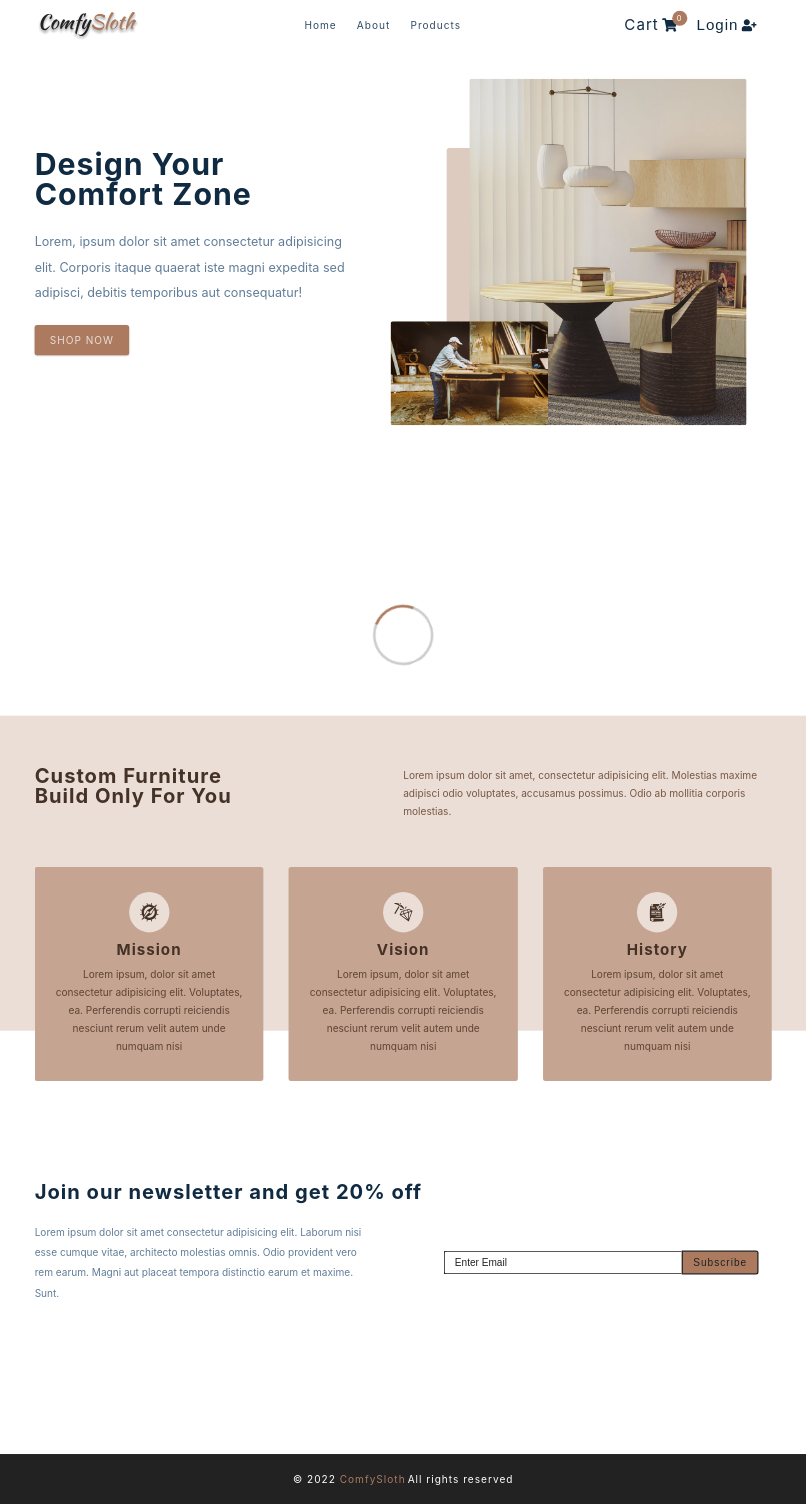
Repository: MateuszWorek/react-comfy-store
Page: /
The author's editor kept a copy of each file at every save. The page is drawn from the files as they stood at one save, then again after the next save.
The browser window is 1280 px wide. The pictures show the whole page, at 63% of full size.
The page's requests for data from a server got no answer. The project was rebuilt for these pictures with package versions that can differ from the ones it lists, and the page was loaded fresh each time. A package was used in the major version that the imports need, not the one package.json lists. No one was signed in, and anything a server would have sent is missing. Also part of the build but not shown: src/components/Error.js, src/utils/helpers.js, src/components/Product.js, src/components/ProductImages.js, src/components/AddToCart.js, src/components/Filters.js, src/components/GridView.js, src/components/ListView.js and 16 more. Imported but missing from the stored project, and not drawn on this page: src/components/AmountButtons.

Above is the page before, as saved 2022-07-23 13:35:54.

### src/index.js
import React from 'react';
import ReactDOM from 'react-dom';
import './index.css';
import App from './App';
import { ProductsProvider } from './context/products_context';
import { FilterProvider } from './context/filter_context';
import { CartProvider } from './context/cart_context';
import { UserProvider } from './context/user_context';
import { Auth0Provider } from '@auth0/auth0-react';
// dev--kljksrb.us.auth0.com
// XAgCo1dWFyA5JmcR2my5pJcYd6eAxILn

ReactDOM.render(
  <Auth0Provider
    domain='dev--kljksrb.us.auth0.com'
    clientId='XAgCo1dWFyA5JmcR2my5pJcYd6eAxILn'
    redirectUri={window.location.origin}
    cacheLocation='localstorage'
  >
    <UserProvider>
      <ProductsProvider>
        <FilterProvider>
          <CartProvider>
            <App />
          </CartProvider>
        </FilterProvider>
      </ProductsProvider>
    </UserProvider>
  </Auth0Provider>,
  document.getElementById('root')
);

### src/App.js
import React from 'react';
import { BrowserRouter as Router, Switch, Route } from 'react-router-dom';
import { Navbar, Sidebar, Footer } from './components';
import {
  Home,
  SingleProduct,
  Cart,
  Checkout,
  Error,
  About,
  Products,
  PrivateRoute,
} from './pages';

function App() {
  return (
    <Router>
      <Navbar />
      <Sidebar />
      <Switch>
        <Route exact path='/'>
          <Home />
        </Route>
        <Route exact path='/about'>
          <About />
        </Route>
        <Route exact path='/cart'>
          <Cart />
        </Route>
        <Route exact path='/products'>
          <Products />
        </Route>
        <Route exact path='/products/:id' children={<SingleProduct />} />
        <Route exact path='/checkout'>
          <Checkout />
        </Route>
        <Route exact path='*'>
          <Error />
        </Route>
      </Switch>
      <Footer />
    </Router>
  );
}

export default App;

### src/context/products_context.js
import axios from 'axios';
import React, { useContext, useEffect, useReducer } from 'react';
import reducer from '../reducers/products_reducer';
import { products_url as url } from '../utils/constants';
import {
  SIDEBAR_OPEN,
  SIDEBAR_CLOSE,
  GET_PRODUCTS_BEGIN,
  GET_PRODUCTS_SUCCESS,
  GET_PRODUCTS_ERROR,
  GET_SINGLE_PRODUCT_BEGIN,
  GET_SINGLE_PRODUCT_SUCCESS,
  GET_SINGLE_PRODUCT_ERROR,
} from '../actions';

const initialState = {
  isSidebarOpen: false,
  products_loading: false,
  products_error: false,
  products: [],
  featured_products: [],
  single_product_loading: false,
  single_product_error: false,
  single_product: {},
};

const ProductsContext = React.createContext();

export const ProductsProvider = ({ children }) => {
  const [state, dispatch] = useReducer(reducer, initialState);
  const openSidebar = () => {
    dispatch({ type: SIDEBAR_OPEN });
  };
  const closeSidebar = () => {
    dispatch({ type: SIDEBAR_CLOSE });
  };

  const fetchProducts = async (url) => {
    dispatch({ type: GET_PRODUCTS_BEGIN });
    try {
      const response = await axios.get(url);
      const products = await response.data;
      dispatch({ type: GET_PRODUCTS_SUCCESS, payload: products });
    } catch (error) {
      dispatch({ type: GET_PRODUCTS_ERROR });
      console.log(error);
    }
  };

  const fetchSingleProduct = async (url) => {
    dispatch({ type: GET_SINGLE_PRODUCT_BEGIN });
    try {
      const response = await axios.get(url);
      const singleProduct = response.data;
      dispatch({ type: GET_SINGLE_PRODUCT_SUCCESS, payload: singleProduct });
    } catch (error) {
      dispatch({ type: GET_SINGLE_PRODUCT_ERROR });
    }
  };

  useEffect(() => {
    fetchProducts(url);
  }, []);

  return (
    <ProductsContext.Provider
      value={{ ...state, openSidebar, closeSidebar, fetchSingleProduct }}
    >
      {children}
    </ProductsContext.Provider>
  );
};

export const useProductsContext = () => {
  return useContext(ProductsContext);
};

### src/context/cart_context.js
import React, { useEffect, useContext, useReducer } from 'react';
import reducer from '../reducers/cart_reducer';
import {
  ADD_TO_CART,
  REMOVE_CART_ITEM,
  TOGGLE_CART_ITEM_AMOUNT,
  CLEAR_CART,
  COUNT_CART_TOTALS,
} from '../actions';

const getLocalStorage = () => {
  let cart = localStorage.getItem('cart');
  if (cart) {
    return JSON.parse(localStorage.getItem('cart'));
  } else {
    return [];
  }
};

const initialState = {
  cart: getLocalStorage(),
  total_items: 0,
  total_amount: 0,
  shipping_fee: 534,
};

const CartContext = React.createContext();

export const CartProvider = ({ children }) => {
  const [state, dispatch] = useReducer(reducer, initialState);
  // add to cart
  const addToCart = (id, color, amount, product) => {
    dispatch({ type: ADD_TO_CART, payload: { id, color, amount, product } });
  };
  // remove item
  const removeItem = (id) => {
    dispatch({ type: REMOVE_CART_ITEM, payload: id });
  };
  // toggle amount
  const toggleAmount = (id, value) => {
    console.log(id, value);
    dispatch({ type: TOGGLE_CART_ITEM_AMOUNT, payload: { id, value } });
  };
  // clear cart
  const clearCart = () => {
    dispatch({ type: CLEAR_CART });
  };

  useEffect(() => {
    dispatch({ type: COUNT_CART_TOTALS });
    localStorage.setItem('cart', JSON.stringify(state.cart));
  }, [state.cart]);

  return (
    <CartContext.Provider
      value={{ ...state, addToCart, removeItem, toggleAmount, clearCart }}
    >
      {children}
    </CartContext.Provider>
  );
};

// make sure use
export const useCartContext = () => {
  return useContext(CartContext);
};

### src/context/user_context.js
import React, { useContext, useEffect, useState } from 'react';
import { useAuth0 } from '@auth0/auth0-react';

const UserContext = React.createContext();

export const UserProvider = ({ children }) => {
  const { isAuthenticated, loginWithRedirect, logout, user, isLoading } =
    useAuth0();
  const [myUser, setMyUser] = useState(null);

  useEffect(() => {
    console.log(`user: ${user}`);
    console.log(`isAuthenticated: ${isAuthenticated}`);
    console.log(`isLoading: ${isLoading}`);
  }, [isAuthenticated]);

  return (
    <UserContext.Provider value={{ loginWithRedirect, logout, myUser }}>
      {children}
    </UserContext.Provider>
  );
};
// make sure use
export const useUserContext = () => {
  return useContext(UserContext);
};

### src/components/index.js
import FeaturedProducts from './FeaturedProducts'
import Navbar from './Navbar'
import CartButtons from './CartButtons'
import Footer from './Footer'
import Sidebar from './Sidebar'
import Hero from './Hero'
import Services from './Services'
import Contact from './Contact'
import Loading from './Loading'
import Error from './Error'
import ProductImages from './ProductImages'
import AddToCart from './AddToCart'
import Filters from './Filters'
import ProductList from './ProductList'
import Sort from './Sort'
import Stars from './Stars'
import CartContent from './CarContent'
import PageHero from './PageHero'
import StripeCheckout from './StripeCheckout'
export {
  FeaturedProducts,
  Navbar,
  CartButtons,
  Footer,
  Sidebar,
  Hero,
  Services,
  Contact,
  Loading,
  Error,
  ProductImages,
  AddToCart,
  Filters,
  ProductList,
  Sort,
  Stars,
  CartContent,
  PageHero,
  StripeCheckout,
}

### src/pages/index.js
import Home from './HomePage';
import Products from './ProductsPage';
import SingleProduct from './SingleProductPage';
import About from './AboutPage';
import Cart from './CartPage';
import Error from './ErrorPage';
import Checkout from './CheckoutPage';
import PrivateRoute from './PrivateRoute';

export {
  Home,
  Products,
  SingleProduct,
  About,
  Cart,
  Error,
  Checkout,
  PrivateRoute,
};

### src/reducers/products_reducer.js
import {
  SIDEBAR_OPEN,
  SIDEBAR_CLOSE,
  GET_PRODUCTS_BEGIN,
  GET_PRODUCTS_SUCCESS,
  GET_PRODUCTS_ERROR,
  GET_SINGLE_PRODUCT_BEGIN,
  GET_SINGLE_PRODUCT_SUCCESS,
  GET_SINGLE_PRODUCT_ERROR,
} from '../actions';

const products_reducer = (state, action) => {
  /* SIDEBAR */
  if (action.type === SIDEBAR_OPEN) {
    // console.log(state);
    return { ...state, isSidebarOpen: true };
  }
  if (action.type === SIDEBAR_CLOSE) {
    // console.log(state);
    return { ...state, isSidebarOpen: false };
  }

  /* PRODUCTS */
  if (action.type === GET_PRODUCTS_BEGIN) {
    return { ...state, products_loading: true };
  }
  if (action.type === GET_PRODUCTS_SUCCESS) {
    const featured_products = action.payload.filter((product) => {
      return product.featured === true;
    });
    return {
      ...state,
      products_loading: false,
      products: action.payload,
      featured_products: featured_products,
    };
  }
  if (action.type === GET_PRODUCTS_ERROR) {
    return { ...state, products_loading: true, error: true };
  }

  /* SINGLE PRODUCT */
  if (action.type === GET_SINGLE_PRODUCT_BEGIN) {
    return {
      ...state,
      single_product_loading: true,
      single_product_error: false,
    };
  }
  if (action.type === GET_SINGLE_PRODUCT_SUCCESS) {
    return {
      ...state,
      single_product_loading: false,
      single_product: action.payload,
    };
  }
  if (action.type === GET_SINGLE_PRODUCT_ERROR) {
    return {
      ...state,
      single_product_loading: false,
      single_product_error: true,
    };
  }

  // return state;

  throw new Error(`No Matching "${action.type}" - action type`);
};

export default products_reducer;

### src/utils/constants.js
import React from 'react'
import { GiCompass, GiDiamondHard, GiStabbedNote } from 'react-icons/gi'
export const links = [
  {
    id: 1,
    text: 'home',
    url: '/',
  },
  {
    id: 2,
    text: 'about',
    url: '/about',
  },
  {
    id: 3,
    text: 'products',
    url: '/products',
  },
]

export const services = [
  {
    id: 1,
    icon: <GiCompass />,
    title: 'mission',
    text:
      'Lorem ipsum, dolor sit amet consectetur adipisicing elit. Voluptates, ea. Perferendis corrupti reiciendis nesciunt rerum velit autem unde numquam nisi',
  },
  {
    id: 2,
    icon: <GiDiamondHard />,
    title: 'vision',
    text:
      'Lorem ipsum, dolor sit amet consectetur adipisicing elit. Voluptates, ea. Perferendis corrupti reiciendis nesciunt rerum velit autem unde numquam nisi',
  },
  {
    id: 3,
    icon: <GiStabbedNote />,
    title: 'history',
    text:
      'Lorem ipsum, dolor sit amet consectetur adipisicing elit. Voluptates, ea. Perferendis corrupti reiciendis nesciunt rerum velit autem unde numquam nisi',
  },
]

export const products_url = 'https://course-api.com/react-store-products'

export const single_product_url = `https://course-api.com/react-store-single-product?id=`

### src/actions.js
export const SIDEBAR_OPEN = 'SIDEBAR_OPEN'
export const SIDEBAR_CLOSE = 'SIDEBAR_CLOSE'
export const GET_PRODUCTS_BEGIN = 'GET_PRODUCTS_BEGIN'
export const GET_PRODUCTS_SUCCESS = 'GET_PRODUCTS_SUCCESS'
export const GET_PRODUCTS_ERROR = 'GET_PRODUCTS_ERROR'
export const GET_SINGLE_PRODUCT_BEGIN = 'GET_SINGLE_PRODUCT_BEGIN'
export const GET_SINGLE_PRODUCT_SUCCESS = 'GET_SINGLE_PRODUCT_SUCCESS'
export const GET_SINGLE_PRODUCT_ERROR = 'GET_SINGLE_PRODUCT_ERROR'
export const LOAD_PRODUCTS = 'LOAD_PRODUCTS'
export const SET_GRIDVIEW = 'SET_GRIDVIEW'
export const SET_LISTVIEW = 'SET_LISTVIEW'
export const UPDATE_SORT = 'UPDATE_SORT'
export const SORT_PRODUCTS = 'SORT_PRODUCTS'
export const UPDATE_FILTERS = 'UPDATE_FILTERS'
export const FILTER_PRODUCTS = 'FILTER_PRODUCTS'
export const CLEAR_FILTERS = 'CLEAR_FILTERS'
export const ADD_TO_CART = 'ADD_TO_CART'
export const REMOVE_CART_ITEM = 'REMOVE_CART_ITEM'
export const TOGGLE_CART_ITEM_AMOUNT = 'TOGGLE_CART_ITEM_AMOUNT'
export const CLEAR_CART = 'CLEAR_CART'
export const COUNT_CART_TOTALS = 'COUNT_CART_TOTALS'

### src/components/FeaturedProducts.js
import React from 'react';
import { useProductsContext } from '../context/products_context';
import { Link } from 'react-router-dom';
import styled from 'styled-components';
import Error from './Error';
import Loading from './Loading';
import Product from './Product';

const FeaturedProducts = () => {
  const {
    products_loading: loading,
    products_error: error,
    featured_products: featured,
  } = useProductsContext();

  if (loading) {
    return <Loading />;
  }
  if (error) {
    return <Error />;
  }
  return (
    <Wrapper className='section'>
      <div className='title'>
        <h2>featured products</h2>
        <div className='underline'></div>
      </div>
      <div className='section-center featured'>
        {featured.slice(0, 3).map((product) => {
          return <Product key={product.id} {...product} />;
        })}
      </div>
    </Wrapper>
  );
};

const Wrapper = styled.section`
  background: var(--clr-grey-10);
  .featured {
    margin: 4rem auto;
    display: grid;
    gap: 2.5rem;
    img {
      height: 225px;
    }
  }
  .btn {
    display: block;
    width: 148px;
    margin: 0 auto;
    text-align: center;
  }
  @media (min-width: 576px) {
    .featured {
      grid-template-columns: repeat(auto-fit, minmax(360px, 1fr));
    }
  }
`;

export default FeaturedProducts;

### src/components/CartButtons.js
import React from 'react';
import { FaShoppingCart, FaUserMinus, FaUserPlus } from 'react-icons/fa';
import { Link } from 'react-router-dom';
import styled from 'styled-components';
import { useProductsContext } from '../context/products_context';
import { useCartContext } from '../context/cart_context';
import { useUserContext } from '../context/user_context';

const CartButtons = () => {
  const { closeSidebar } = useProductsContext();
  const { total_items } = useCartContext();

  return (
    <Wrapper className='cart-btn-wrapper'>
      <Link to='/cart' className='cart-btn' onClick={closeSidebar}>
        Cart{' '}
        <span className='cart-container'>
          <FaShoppingCart />
          <span className='cart-value'>{total_items}</span>
        </span>
      </Link>
      <button type='button' className='auth-btn'>
        Login <FaUserPlus />
      </button>
    </Wrapper>
  );
};

const Wrapper = styled.div`
  display: grid;
  grid-template-columns: 1fr 1fr;
  align-items: center;
  width: 225px;

  .cart-btn {
    color: var(--clr-grey-1);
    font-size: 1.5rem;
    letter-spacing: var(--spacing);
    color: var(--clr-grey-1);
    display: flex;

    align-items: center;
  }
  .cart-container {
    display: flex;
    align-items: center;
    position: relative;
    svg {
      height: 1.6rem;
      margin-left: 5px;
    }
  }
  .cart-value {
    position: absolute;
    top: -10px;
    right: -16px;
    background: var(--clr-primary-5);
    width: 16px;
    height: 16px;
    display: flex;
    align-items: center;
    justify-content: center;
    border-radius: 50%;
    font-size: 0.75rem;
    color: var(--clr-white);
    padding: 12px;
  }
  .auth-btn {
    display: flex;
    align-items: center;
    background: transparent;
    border-color: transparent;
    font-size: 1.5rem;
    cursor: pointer;
    color: var(--clr-grey-1);
    letter-spacing: var(--spacing);
    svg {
      margin-left: 5px;
    }
  }
`;
export default CartButtons;

### src/components/Footer.js
import React from 'react';
import styled from 'styled-components';
const Footer = () => {
  return (
    <Wrapper>
      <h5>
        &copy; {new Date().getFullYear()}
        <span> ComfySloth</span>
      </h5>
      <h5>All rights reserved</h5>
    </Wrapper>
  );
};

const Wrapper = styled.footer`
  height: 5rem;
  display: flex;
  flex-direction: column;
  justify-content: center;
  align-items: center;
  background: var(--clr-black);
  text-align: center;
  span {
    color: var(--clr-primary-5);
  }
  h5 {
    color: var(--clr-white);
    margin: 0.1rem;

    font-weight: 400;
    text-transform: none;
    line-height: 1.25;
  }
  @media (min-width: 776px) {
    flex-direction: row;
  }
`;

export default Footer;

### src/components/Hero.js
import React from 'react';
import styled from 'styled-components';
import { Link } from 'react-router-dom';
import heroBcg from '../assets/hero-bcg.jpeg';
import heroBcg2 from '../assets/hero-bcg-2.jpeg';

const Hero = () => {
  return (
    <Wrapper className='section-center'>
      <article className='content'>
        <h1>
          design your <br />
          comfort zone
        </h1>
        <p>
          Lorem, ipsum dolor sit amet consectetur adipisicing elit. Corporis
          itaque quaerat iste magni expedita sed adipisci, debitis temporibus
          aut consequatur!
        </p>
        <Link to='/products' className='btn hero-btn'>
          shop now
        </Link>
      </article>
      <article className='img-container'>
        <img src={heroBcg} alt='nice table' className='main-img' />
        <img src={heroBcg2} alt='person working' className='accent-img' />
      </article>
    </Wrapper>
  );
};

const Wrapper = styled.section`
  min-height: 60vh;
  display: grid;
  place-items: center;
  .img-container {
    display: none;
  }

  p {
    line-height: 2;
    max-width: 45em;
    margin-bottom: 2rem;
    color: var(--clr-grey-5);
    font-size: 1rem;
  }
  @media (min-width: 992px) {
    height: calc(100vh - 5rem);
    grid-template-columns: 1fr 1fr;
    gap: 8rem;
    h1 {
      margin-bottom: 2rem;
    }
    p {
      font-size: 1.25rem;
    }
    .hero-btn {
      padding: 0.75rem 1.5rem;
      font-size: 1rem;
    }
    .img-container {
      display: block;
      position: relative;
    }
    .main-img {
      width: 100%;
      height: 550px;
      position: relative;
      border-radius: var(--radius);
      display: block;
      object-fit: cover;
    }
    .accent-img {
      position: absolute;
      bottom: 0;
      left: 0;
      width: 250px;
      transform: translateX(-50%);
      border-radius: var(--radius);
    }
    .img-container::before {
      content: '';
      position: absolute;
      width: 10%;
      height: 80%;
      background: var(--clr-primary-9);
      bottom: 0%;
      left: -8%;
      border-radius: var(--radius);
    }
  }
`;

export default Hero;

### src/components/Services.js
import React from 'react';
import styled from 'styled-components';
import { services } from '../utils/constants';

const Services = () => {
  return (
    <Wrapper>
      <div className='section-center'>
        <article className='header'>
          <h3>
            custom furniture <br />
            build only for you
          </h3>
          <p>
            Lorem ipsum dolor sit amet, consectetur adipisicing elit. Molestias
            maxime adipisci odio voluptates, accusamus possimus. Odio ab
            mollitia corporis molestias.
          </p>
        </article>
        <div className='services-center'>
          {services.map((service) => {
            const { id, icon, title, text } = service;
            return (
              <article key={id} className='service'>
                <span className='icon'>{icon}</span>
                <h4>{title}</h4>
                <p>{text}</p>
              </article>
            );
          })}
        </div>
      </div>
    </Wrapper>
  );
};

const Wrapper = styled.section`
  h3,
  h4 {
    color: var(--clr-primary-1);
  }
  padding: 5rem 0;

  background: var(--clr-primary-10);

  .header h3 {
    margin-bottom: 2rem;
  }
  p {
    margin-bottom: 0;
    line-height: 1.8;
    color: var(--clr-primary-3);
  }
  .services-center {
    margin-top: 4rem;
    display: grid;
    gap: 2.5rem;
  }
  .service {
    background: var(--clr-primary-7);
    text-align: center;
    padding: 2.5rem 2rem;
    border-radius: var(--radius);
    p {
      color: var(--clr-primary-2);
    }
  }
  span {
    width: 4rem;
    height: 4rem;
    display: grid;
    margin: 0 auto;
    place-items: center;
    margin-bottom: 1rem;
    border-radius: 50%;
    background: var(--clr-primary-10);
    color: var(--clr-primary-1);
    svg {
      font-size: 2rem;
    }
  }
  @media (min-width: 992px) {
    .header {
      display: grid;
      grid-template-columns: 1fr 1fr;
    }
  }
  @media (min-width: 576px) {
    .services-center {
      grid-template-columns: repeat(auto-fit, minmax(360px, 1fr));
    }
  }
  @media (min-width: 1280px) {
    padding: 0;
    .section-center {
      transform: translateY(5rem);
    }
  }
`;
export default Services;

### src/pages/HomePage.js
import React from 'react';
import { FeaturedProducts, Hero, Services, Contact } from '../components';

const HomePage = () => {
  return (
    <main>
      <Hero />
      <FeaturedProducts />
      <Services />
      <Contact />
    </main>
  );
};

export default HomePage;

Loaded but not shown: public/index.html (common file); src/index.css (common file); src/components/Loading.js (common file); src/reducers/filter_reducer.js (138 lines, source omitted); src/components/Sidebar.js (118 lines, source omitted); src/reducers/cart_reducer.js (87 lines, source omitted); src/components/Navbar.js (107 lines, source omitted); src/components/Contact.js (102 lines, source omitted); src/context/filter_context.js (101 lines, source omitted)

After the next save:
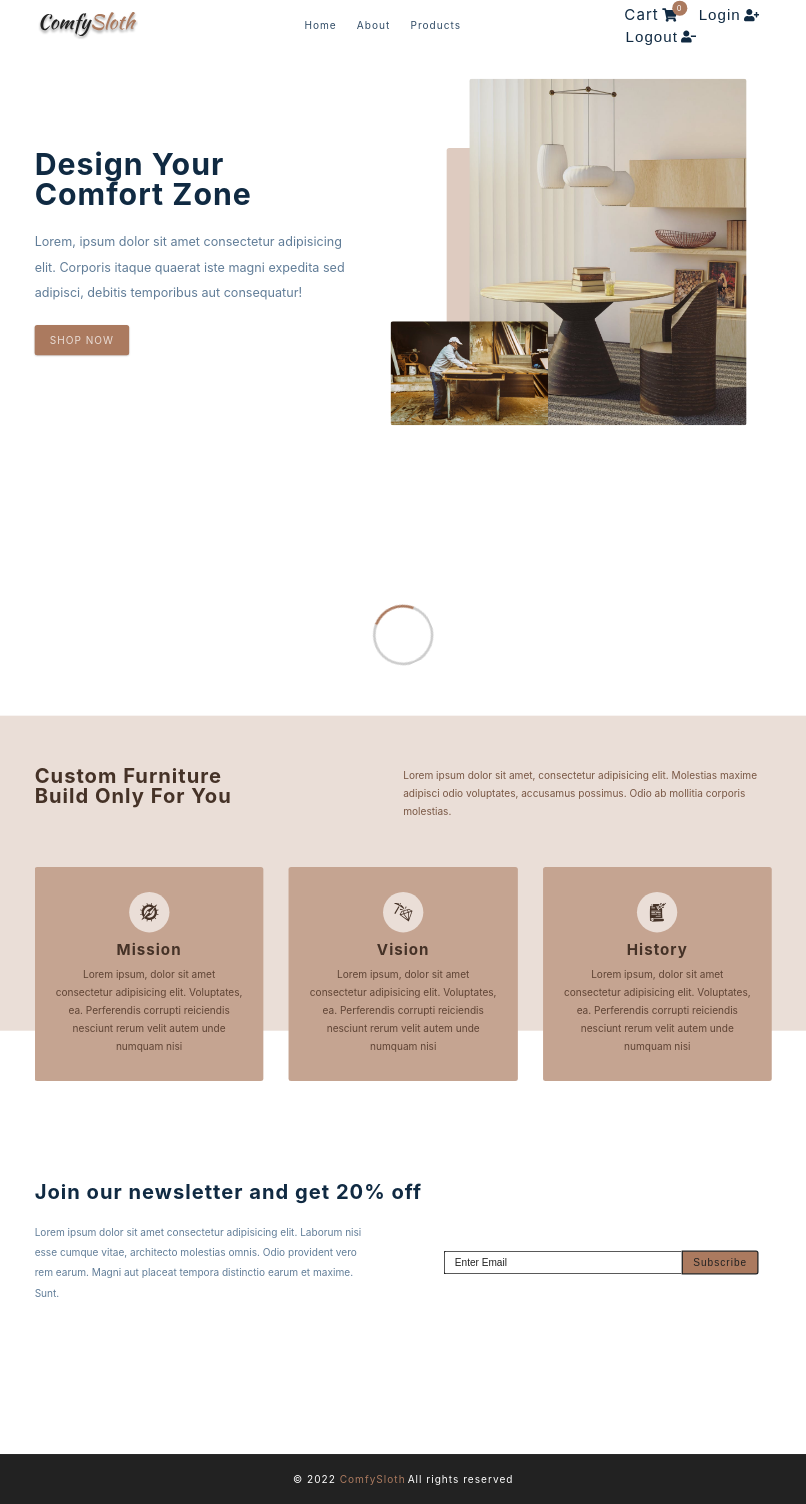
Saved 12 min 8 s later.
--- a/src/components/CartButtons.js
+++ b/src/components/CartButtons.js
@@ -9,6 +9,7 @@ import { useUserContext } from '../context/user_context';
 const CartButtons = () => {
   const { closeSidebar } = useProductsContext();
   const { total_items } = useCartContext();
+  const { loginWithRedirect, myUser, logout } = useUserContext();
 
   return (
     <Wrapper className='cart-btn-wrapper'>
@@ -21,6 +22,9 @@ const CartButtons = () => {
       </Link>
       <button type='button' className='auth-btn'>
         Login <FaUserPlus />
+      </button>
+      <button type='button' className='auth-btn'>
+        Logout <FaUserMinus />
       </button>
     </Wrapper>
   );
